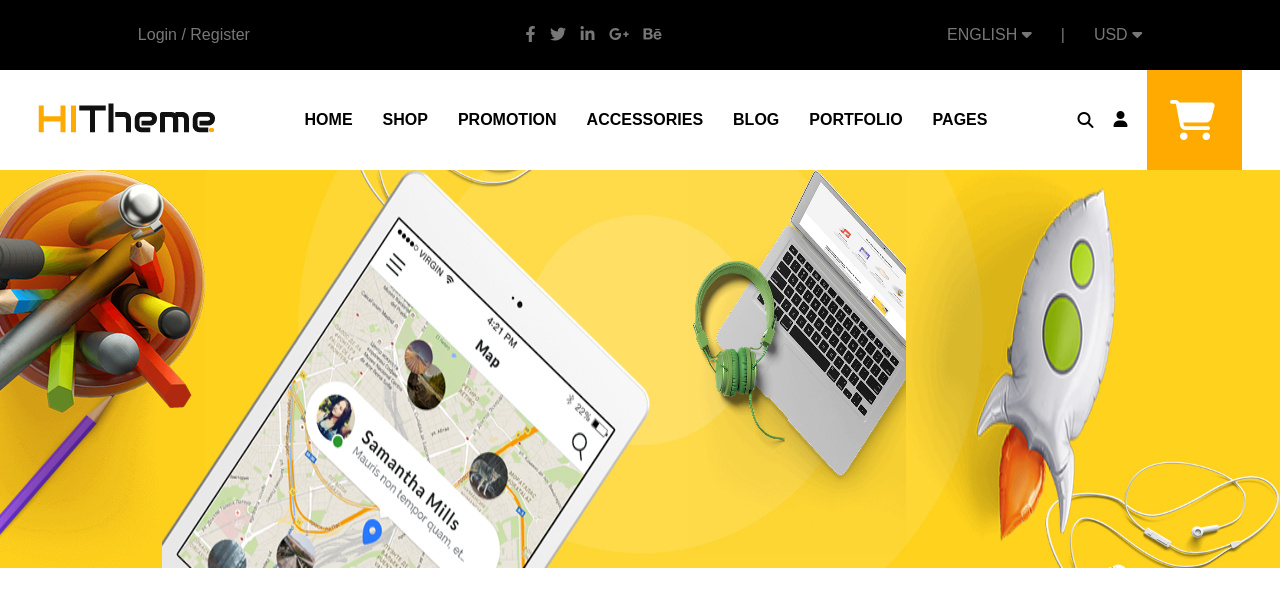
Repository: Thach1311/DU-AN-WEB-BAN-HANG-
Page: index1.html
An editor plug-in stored every save of this project. The page is shown before and after the next save, followed by the edit.
The browser window is 1280 px wide. The pictures show the whole page.

Above is the page before, as saved 2023-02-23 17:38:06.

After the next save:
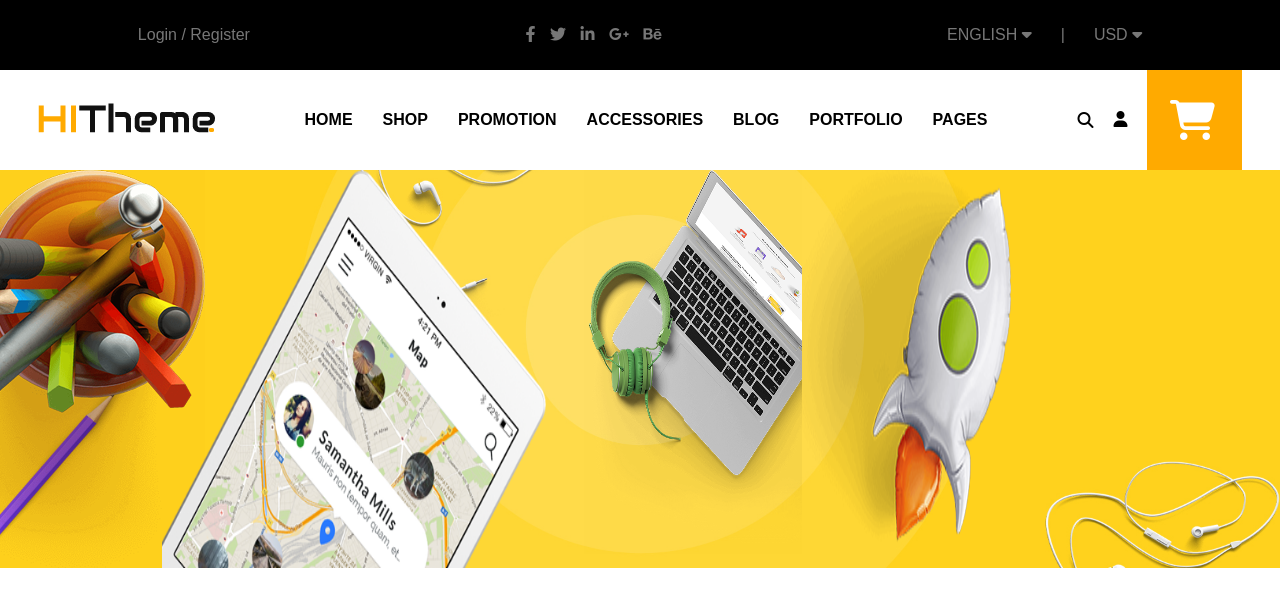
Saved 2 s later.
--- a/CSS/style1.css
+++ b/CSS/style1.css
@@ -625,7 +625,7 @@
 .slide__bgMain-item2{
 
      animation: go 3s infinite alternate-reverse;
-     width: ;
+     width: 30%;
 }
 .slide__bgMain-item3{
     width: 20%;
